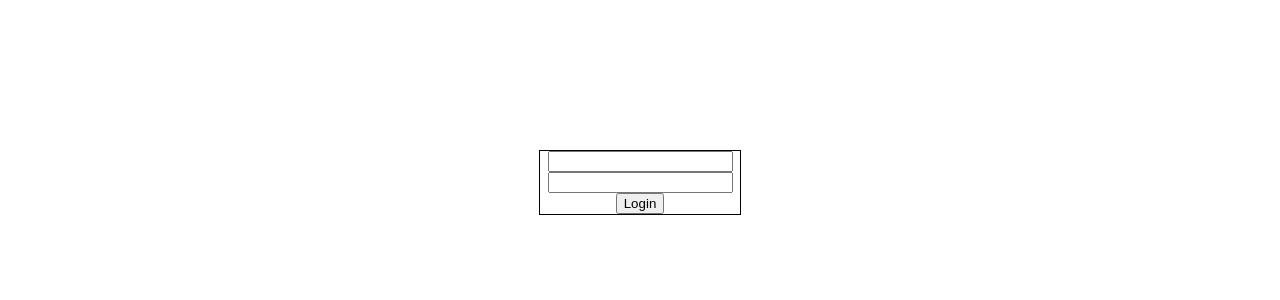
Repository: ehabmelhem/FullStack_Tweetapp
Page: /login (app in tweet-app-demo/)
These files come from the project's save history. The page is drawn as it stood at one moment and after a run of saves; the edit follows.
The browser window is 1280 px wide. The pictures show the whole page.
The project was rebuilt for these pictures with package versions that can differ from the ones it lists, and the page was loaded fresh each time. A package was used in the major version that the imports need, not the one package.json lists. Also part of the build but not shown: tweet-app-demo/src/Componets/SignUp.css, tweet-app-demo/src/Componets/SignUp.js.

Above is the page before, as saved 2021-01-27 22:13:11.

After the next 3 saves:
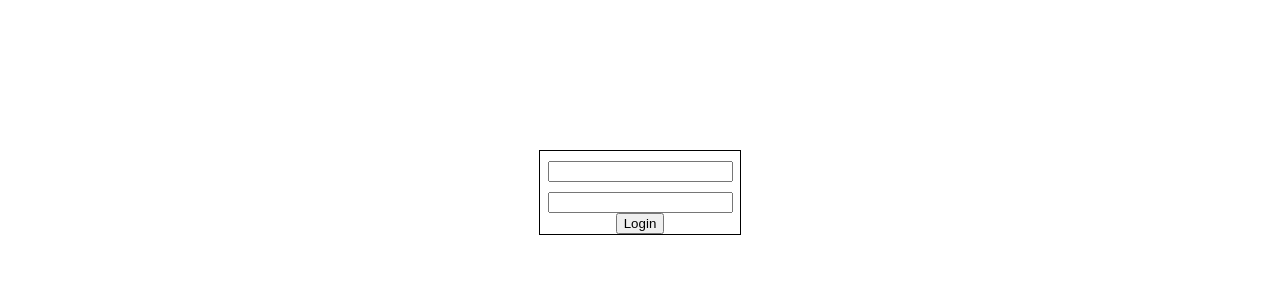
The 3 saves are shown as one change because they came seconds apart.
The last was saved 12 s later.
--- a/tweet-app-demo/src/Componets/Login.css
+++ b/tweet-app-demo/src/Componets/Login.css
@@ -5,4 +5,6 @@
   border: 1px solid black;
   justify-content: center;
 }
-.fle>
+.login > .flex > input {
+  margin-top: 10px;
+}
